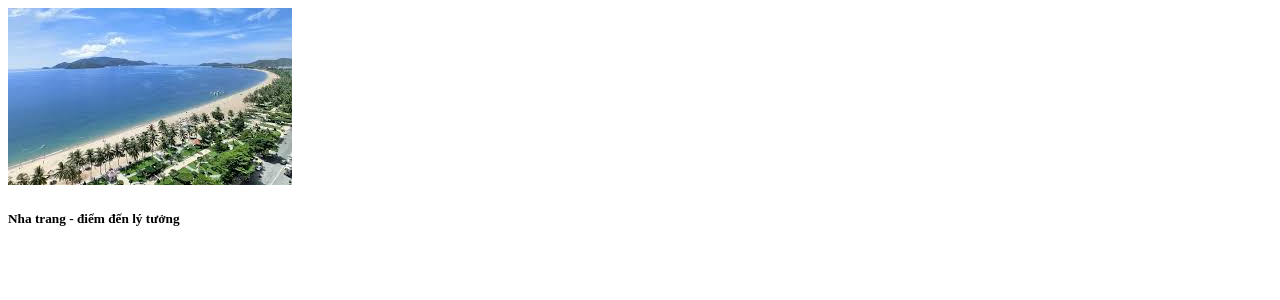
Repository: Tan-Khang21/TH_TKW--Buoi_07
Page: Bai_Tap_Mau/Bai_04/Shaddow3.html
These files come from the project's save history. The page is drawn as it stood at one moment and after the next save; the edit follows.
The browser window is 1280 px wide. The pictures show the whole page.

Above is the page before, as saved 2024-03-12 15:52:28.

After the next save:
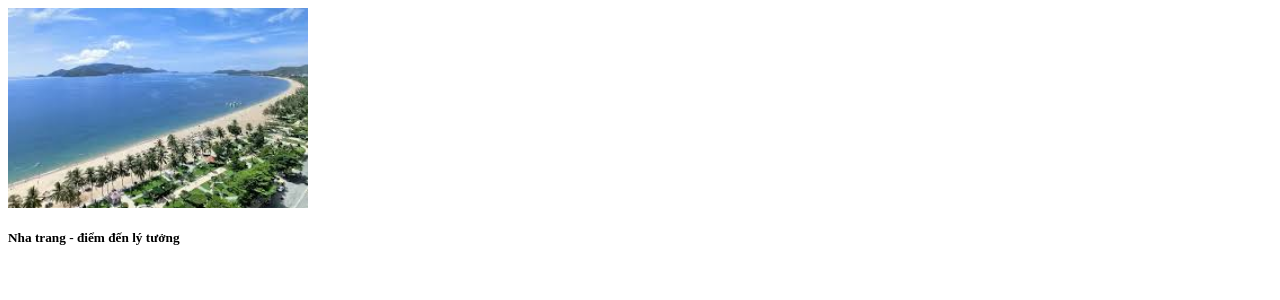
Saved 53 s later.
--- a/Bai_Tap_Mau/Bai_04/style.css
+++ b/Bai_Tap_Mau/Bai_04/style.css
@@ -2,3 +2,12 @@
   width: 300px;
   height: 250px;
 }
+.images {
+  width: 300px;
+  height: 200px;
+}
+.images img {
+  width: 100%;
+  height: 100%;
+  object-fit: cover;
+}
